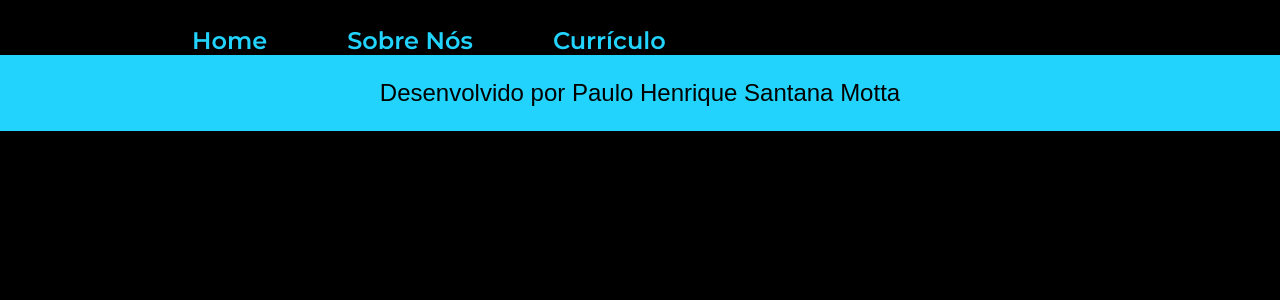
Repository: phsmottanerd/projeto-portfolio-alura
Page: about.html
The author's editor kept a copy of each file at every save. The page is drawn from the files as they stood at one save, then again after the next save.
The browser window is 1280 px wide. The pictures show the whole page.
Some web fonts or font styles are not loaded; a fallback is used.

Above is the page before, as saved 2025-01-28 00:30:35.

After the next save:
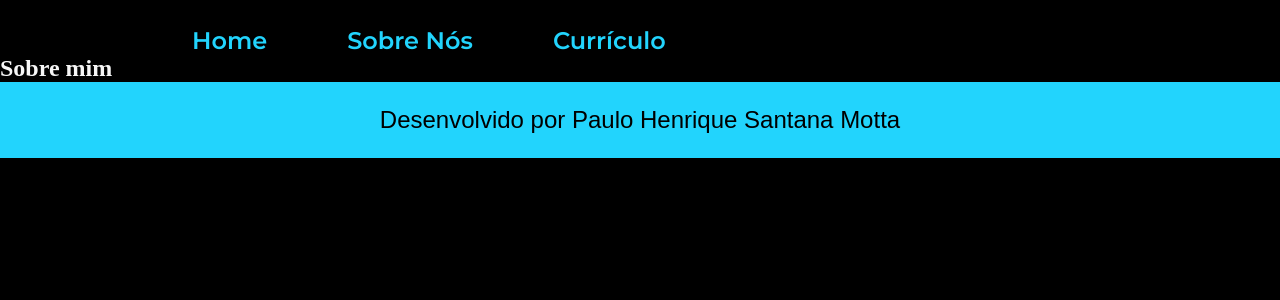
Saved 4 min 48 s later.
--- a/about.html
+++ b/about.html
@@ -14,7 +14,13 @@
         <a class="cabecalho__menu__link">Currículo</a>
       </nav>
 </header>
-<main></main>
+<main>
+<section class="">
+
+    <h1>Sobre mim</h1>
+</section>
+
+</main>
 <footer class="rodape">
     <p>Desenvolvido por Paulo Henrique Santana Motta</p>
   </footer>
